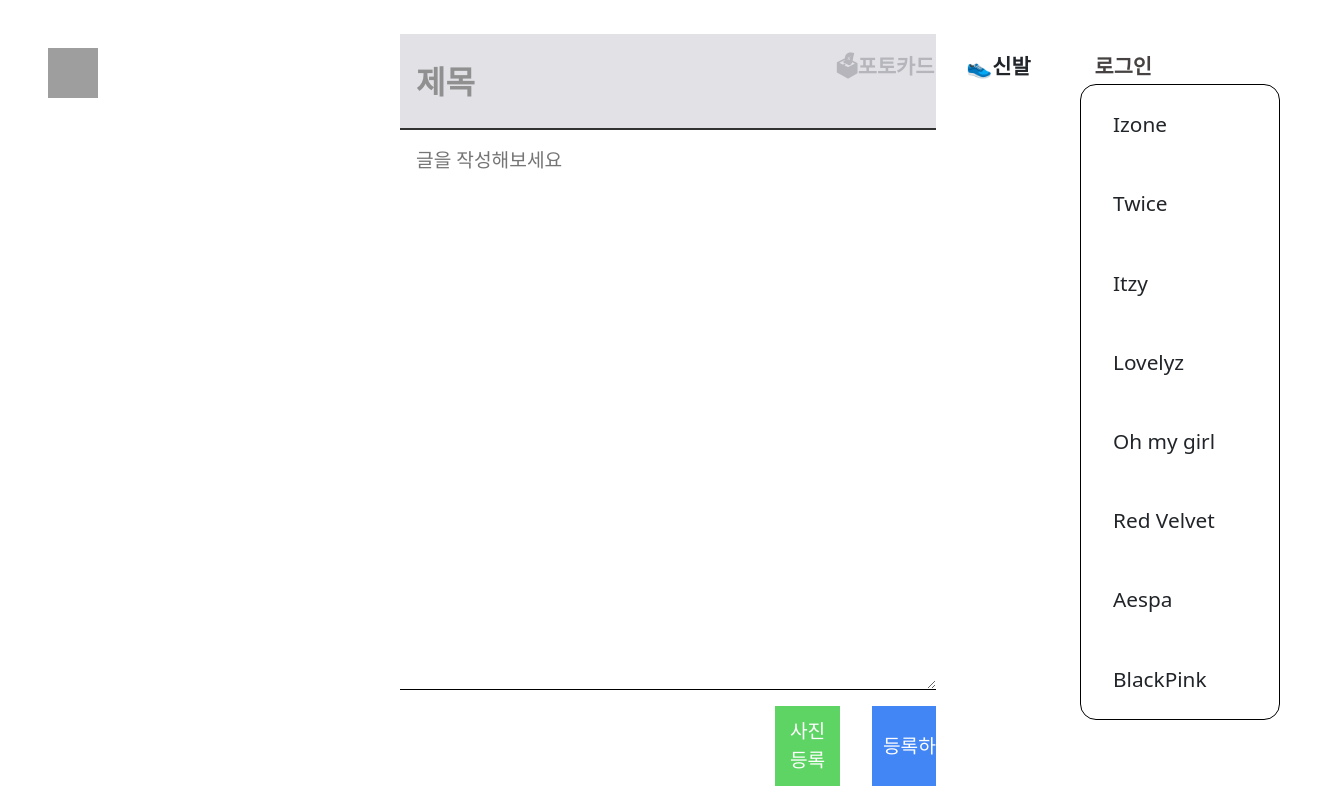
Repository: hwangstar156/goods-trader
Page: /write
These files come from the project's save history. The page is drawn as it stood at one moment and after the next save; the edit follows.
The browser window is 1280 px wide. The page is 1328 px wide, so the pictures cover 1328 px, including what lies to the right of the window. The pictures show the whole page.
Pictures or frames that could not be fetched are drawn as grey boxes. Some web libraries are served in a nearby version. The project was rebuilt for these pictures with package versions that can differ from the ones it lists, and the page was loaded fresh each time. Also part of the build but not shown: src/App.css, src/component/sign-up/sign-up.component.jsx, src/component/sign-in/sign-in.styles.scss, src/component/sign-in/sign-in.component.jsx, src/component/with-spinner/withSpinner.styles.scss, src/component/with-spinner/withSpinner.component.jsx, src/pages/userprofile/userprofile.styles.scss, src/pages/userprofile/userprofile.utils.js and 8 more.

Above is the page before, as saved 2021-09-05 17:05:42.

After the next save:
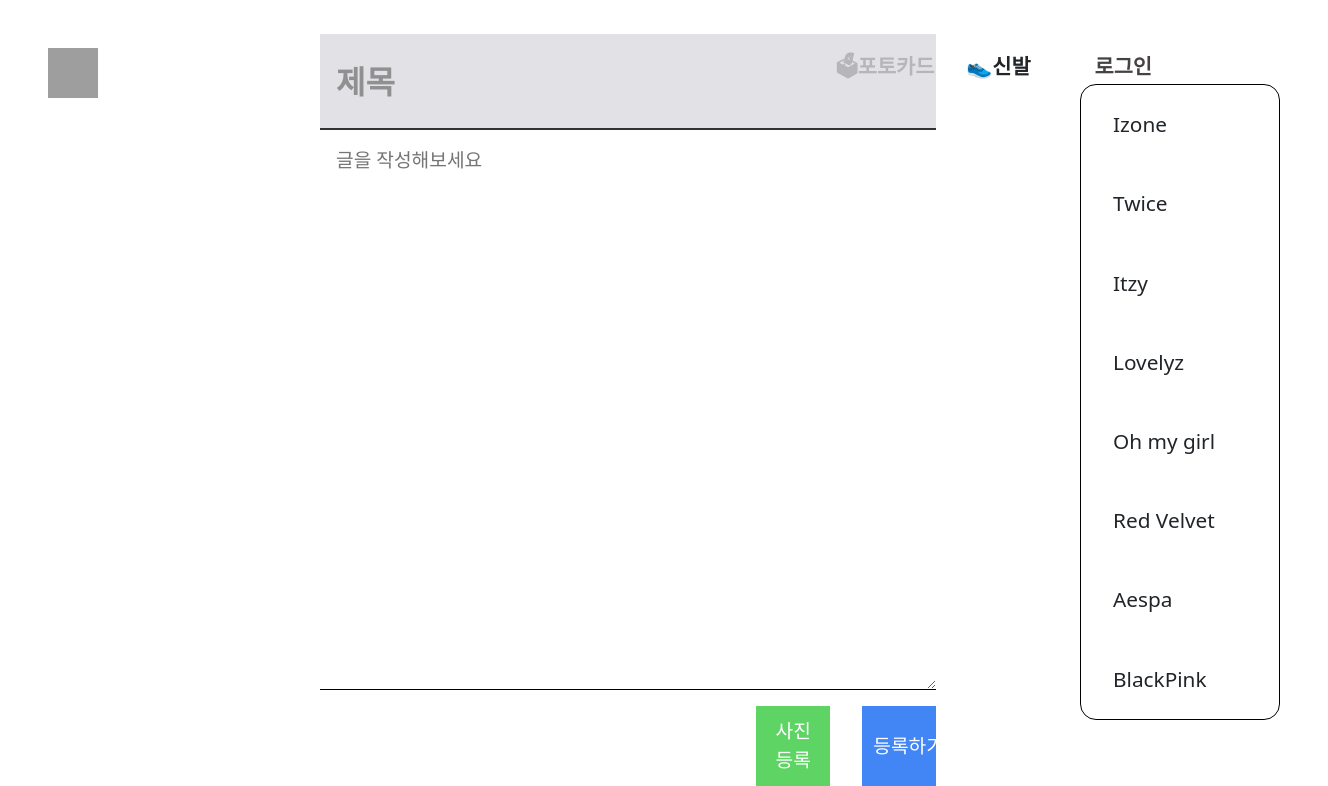
Saved 4 s later.
--- a/src/pages/write/write.styles.scss
+++ b/src/pages/write/write.styles.scss
@@ -9,7 +9,7 @@
   & .inputs-form {
     display: flex;
     flex-direction: column;
-    margin-left: 25rem;
+    margin-left: 20rem;
     margin-right: 4rem;
     width: 900px;
     & .head-input {
